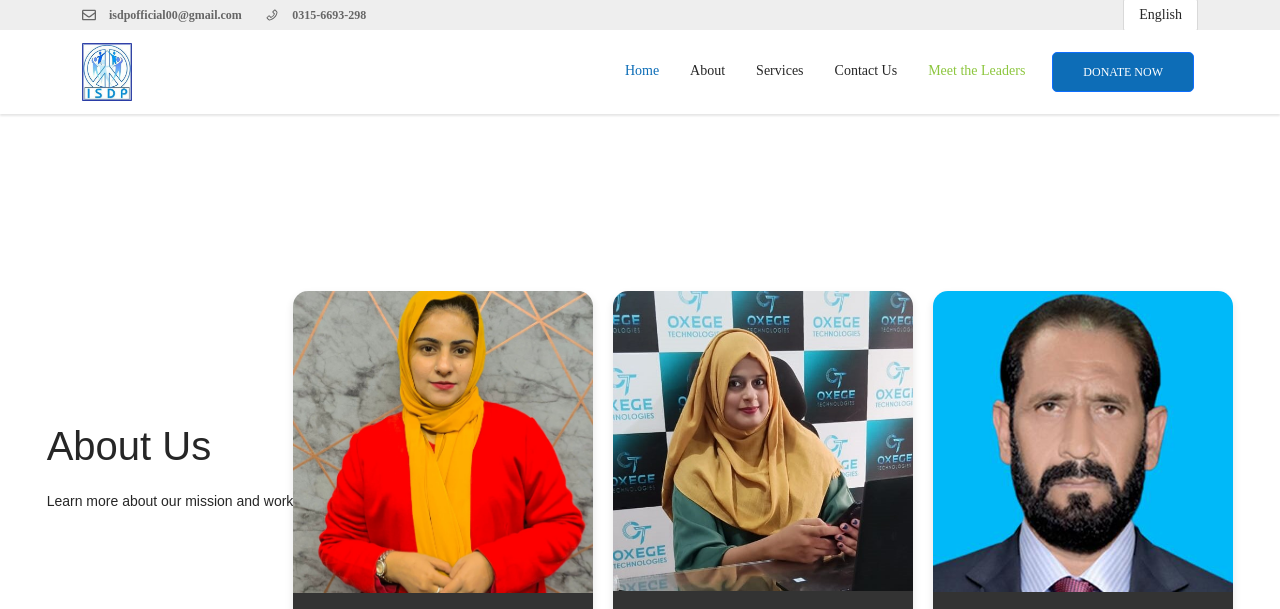
Repository: mfaizanakram8/isdp
Page: team.html
An editor plug-in stored every save of this project. The page is shown before and after the next save, followed by the edit.
The browser window is 1280 px wide. The pictures show the part of the page from y = 0 to 609 px (the page is 1410 px tall before and 1186 px after).
Pictures or frames that could not be fetched are drawn as grey boxes. Some web fonts or font styles are not loaded; a fallback is used.

Above is the page before, as saved 2025-02-23 00:34:08.

After the next save:
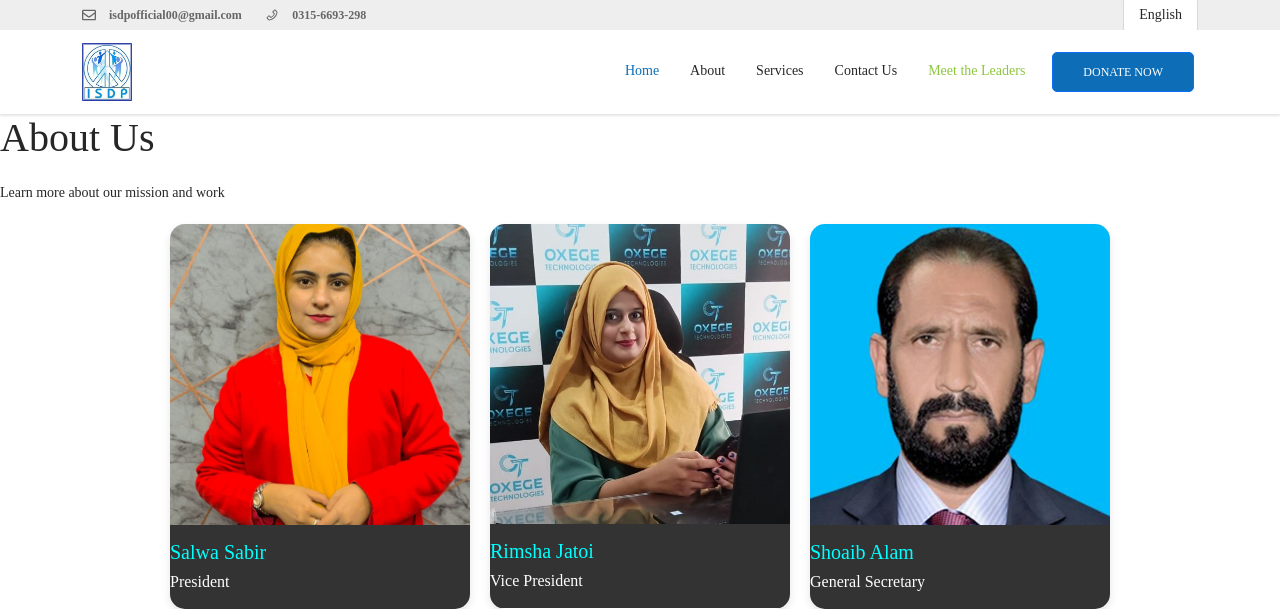
Saved 10 s later.
--- a/team.html
+++ b/team.html
@@ -485,7 +485,7 @@
   </nav>
   <!--Navbar end-->
 
-<div class="maincont">
+<div class="maincon3">
 
   <header>
     <h1>About Us</h1>

After the save that followed:
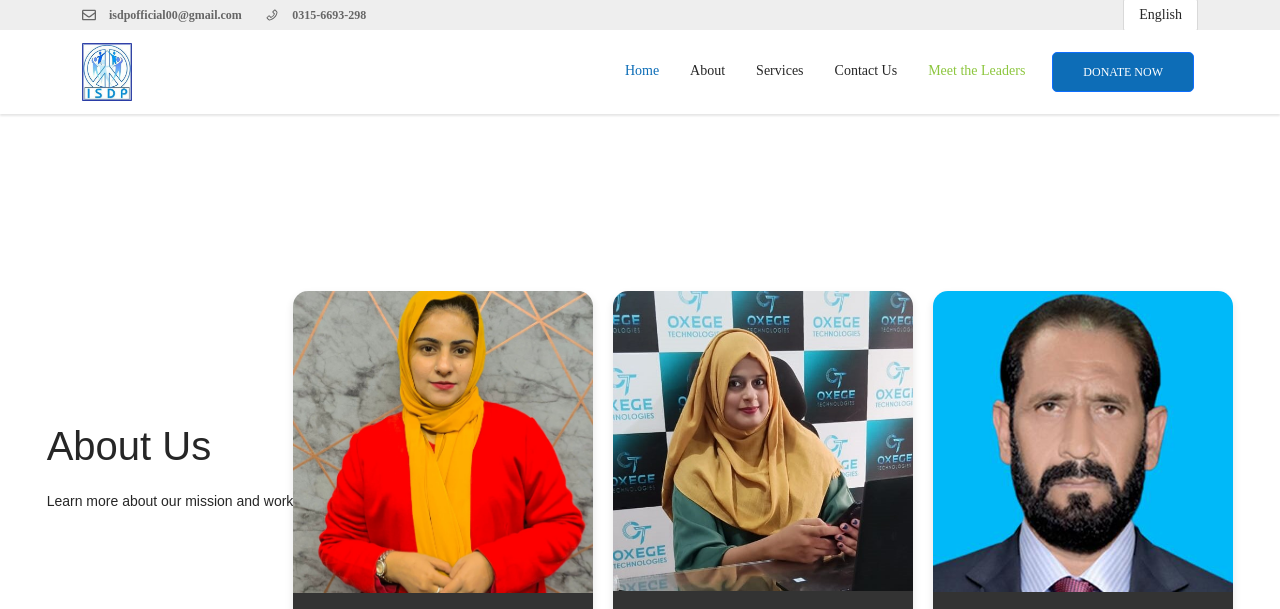
Saved 13 s later.
--- a/team.html
+++ b/team.html
@@ -485,7 +485,7 @@
   </nav>
   <!--Navbar end-->
 
-<div class="maincon3">
+<div class="maincont">
 
   <header>
     <h1>About Us</h1>
